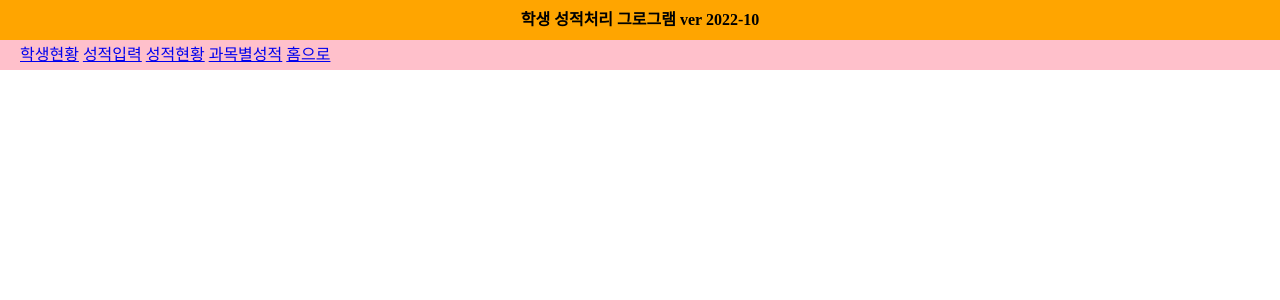
Repository: GotChun/license_practice
Page: http://localhost/HRD_0525/
The author's editor kept a copy of each file at every save. The page is drawn from the files as they stood at one save, then again after the next save.
The browser window is 1280 px wide. The pictures show the whole page.
The page is served by Tomcat 9.

Above is the page before, as saved 2025-02-22 07:31:29.

### HRD_0525/src/main/webapp/index.jsp
<%@ page language="java" contentType="text/html; charset=UTF-8"
	pageEncoding="UTF-8"%>
<!DOCTYPE html>
<html>
<head>
<meta charset="UTF-8">
<title>index</title>
</head>
<body>

	<header
		style="position: fixed; top: 0; left:0px; width: 100%; height: 40px; line-height: 40px; background-color: orange; text-align: center">
		<b>학생 성적처리 그로그램 ver 2022-10</b>
	</header>

	<nav style="position:fixed; top:40px; left:0px; width:100%; height:30px; line-height:30px; background-color: pink; padding-left:20px; ">
		<a href="slist.jsp">학생현황</a>
		<a href="insert.jsp">성적입력</a>
		<a href="jumlist.jsp">성적현황</a>
		<a href="search.jsp">과목별성적</a>
		<a href="index.jsp">홈으로</a>
	</nav>
</body>
</html>

After the next save:
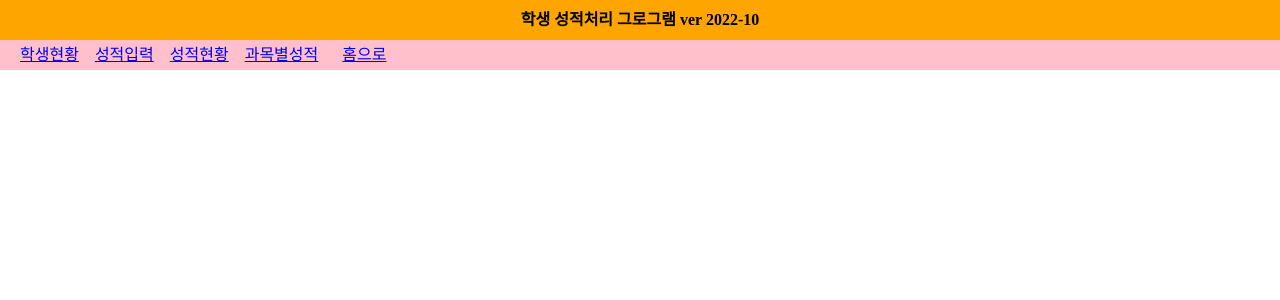
Saved 17 s later.
--- a/HRD_0525/src/main/webapp/index.jsp
+++ b/HRD_0525/src/main/webapp/index.jsp
@@ -14,10 +14,10 @@
 	</header>
 
 	<nav style="position:fixed; top:40px; left:0px; width:100%; height:30px; line-height:30px; background-color: pink; padding-left:20px; ">
-		<a href="slist.jsp">학생현황</a>
-		<a href="insert.jsp">성적입력</a>
-		<a href="jumlist.jsp">성적현황</a>
-		<a href="search.jsp">과목별성적</a>
+		<a href="slist.jsp">학생현황</a> &nbsp;&nbsp;
+		<a href="insert.jsp">성적입력</a> &nbsp;&nbsp;
+		<a href="jumlist.jsp">성적현황</a> &nbsp;&nbsp;
+		<a href="search.jsp">과목별성적</a> &nbsp;&nbsp;&nbsp;&nbsp;
 		<a href="index.jsp">홈으로</a>
 	</nav>
 </body>
